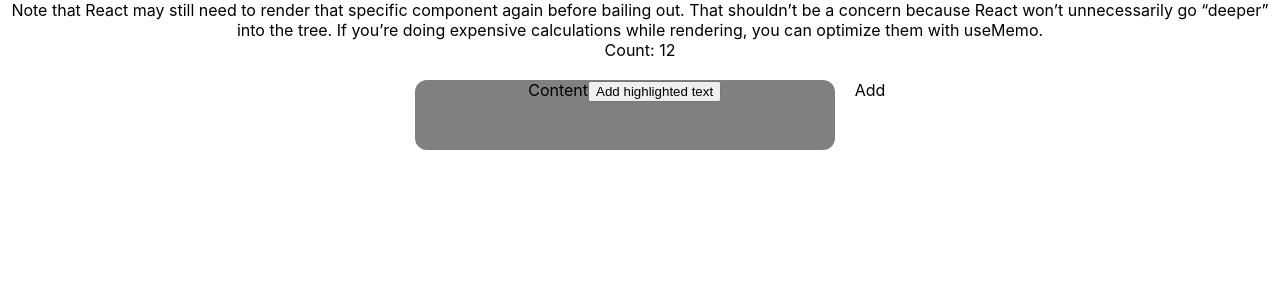
Repository: Farbod29/React-text-highlighter-with-hook-
Page: /
These files come from the project's save history. The page is drawn as it stood at one moment and after the next save; the edit follows.
The browser window is 1280 px wide. The pictures show the whole page.
The project was rebuilt for these pictures with package versions that can differ from the ones it lists, and the page was loaded fresh each time.

Above is the page before, as saved 2022-02-18 21:12:51.

After the next save:
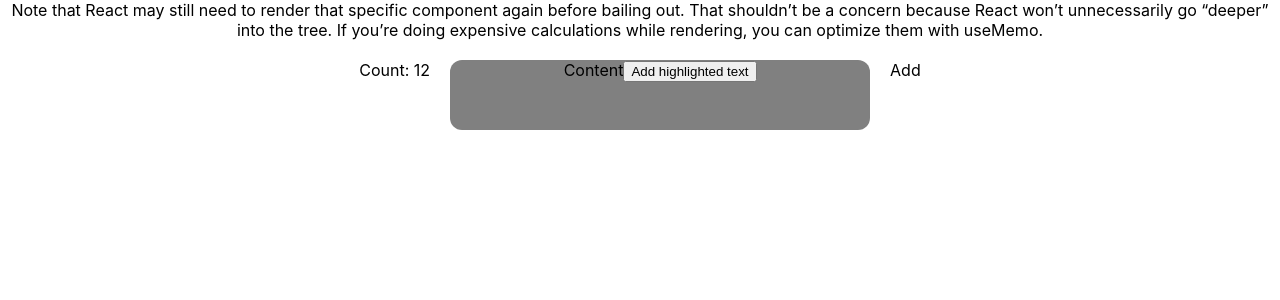
Saved 15 s later.
--- a/src/highlighter.js
+++ b/src/highlighter.js
@@ -18,25 +18,23 @@ export default function Highlighter() {
       </div>
       Count: {count}
       {/* <button onClick={() => setCount((prevCount) => prevCount - 1)}>-</button> */}
-      <div style={{ position: 'relative' }}>
-        <div
-          style={{
-            padding: '0px 10px',
-            height: '70px',
-            width: '400px',
-            margin: '20px',
-            borderRadius: '12px',
-            backgroundColor: 'gray',
-            inline: true,
-            fontColor: 'red',
-            display: 'inline-block',
-          }}
-        >
-          Content
-          <button onClick={() => setCount(12)}> Add highlighted text </button>
-        </div>
-        Add {doit()}
+      <div
+        style={{
+          padding: '0px 10px',
+          height: '70px',
+          width: '400px',
+          margin: '20px',
+          borderRadius: '12px',
+          backgroundColor: 'gray',
+          inline: true,
+          fontColor: 'red',
+          display: 'inline-block',
+        }}
+      >
+        Content
+        <button onClick={() => setCount(12)}> Add highlighted text </button>
       </div>
+      Add {doit()}
     </>
   );
 }
